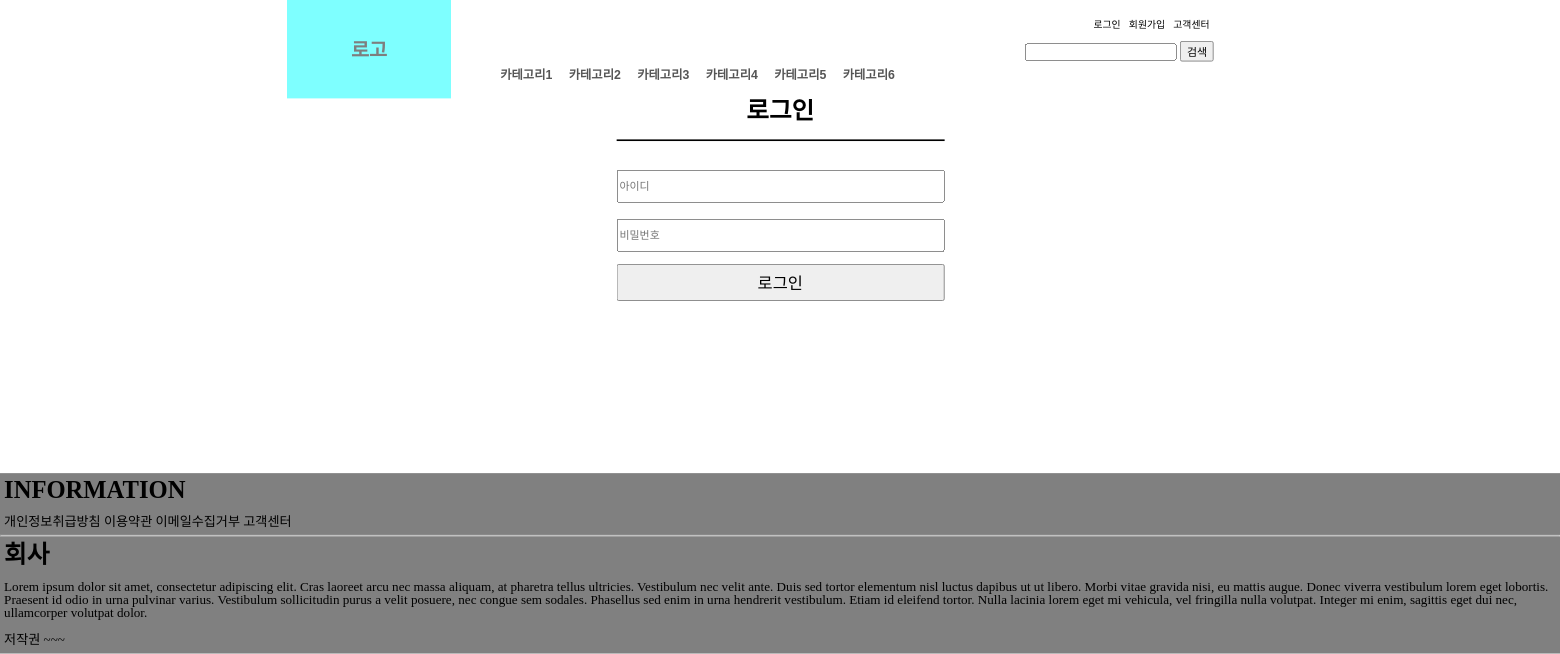
Repository: kosu0703/project
Page: http://localhost/Shop/WEB-INF/views/sign/login_page.jsp
An editor plug-in stored every save of this project. The page is shown before and after a run of saves, followed by the edit.
The browser window is 1280 px wide. The page is 1903 px wide, so the pictures cover 1903 px, including what lies to the right of the window. The pictures show the whole page, at 82% of full size.
Some web libraries are served in a nearby version. The page is served by Tomcat 9. Nobody is signed in. Other server files are loaded and not shown. The template is opened directly, without the code that normally fills it, so the values that code supplies are empty.

Above is the page before, as saved 2024-04-03 10:03:30.

### Shop/Shop/src/main/webapp/WEB-INF/views/sign/login_page.jsp
<%@ page language="java" contentType="text/html; charset=UTF-8"
	pageEncoding="UTF-8"%>
<%@ taglib uri="http://java.sun.com/jsp/jstl/core" prefix="c"%>
<!DOCTYPE html>
<html lang="en">
<head>
<meta charset="UTF-8">
<meta name="viewport" content="width=device-width, initial-scale=1.0">
<title>로그인</title>
<link href="<c:url value="/resources/css/common.css"/>" rel='stylesheet' />
<link href="<c:url value="/resources/css/login_page.css"/>"
	rel='stylesheet' />

<script type="text/javascript">
	function login_go(f) {
		f.action = "";
		f.submit();
	}
</script>
</head>
<body>
	<%@ include file="../common/header.jsp"%>

	<!-- =========================================================== -->

	<section>
		<div id="login_wrap">
			<form action="" method="post">
				<h1>로그인</h1>
				<ul>
					<li><input type="text" name="u_id" placeholder="아이디" required></li>
					<li><input type="password" name="u_pwd" placeholder="비밀번호"
						required></li>
					<li><input type="button" class="but_login" value="로그인"
						onclick="login_go(this.form)"></li>
				</ul>

			</form>
		</div>

		<!-- =========================================================== -->


		<%@ include file="../common/footer.jsp"%>
</body>
</html>

### Shop/Shop/src/main/webapp/WEB-INF/views/common/header.jsp
<!-- <%@ page language="java" contentType="text/html; charset=UTF-8"
pageEncoding="UTF-8"%>
<%@ taglib uri="http://java.sun.com/jsp/jstl/core"
prefix="c" %> -->
<!DOCTYPE html>
<html>
  <head>
    <meta charset="UTF-8" />
    <meta name="viewport" content="width=device-width, initial-scale=1.0" />
    <script src="https://kit.fontawesome.com/d3367b6d2f.js"></script>
    <title>헤더</title>
  </head>
  <body>
    <header>
      <div class="inner">
        <div class="logo">
          <h1><a href="#">로고</a></h1>
        </div>
        <!-- 로그아웃 유틸 -->
        <div class="util logout_util">
          <ul class="info">
            <li><a href="login_page.do">로그인</a></li>
            <li><a href="signup_page.do">회원가입</a></li>
            <li><a href="board_page.do?u_id="${userVO.u_id }>고객센터</a></li>
          </ul>
        </div>
        <form action="#" class="h_search_form" method="post">
          <input type="text" name="search" id="search" />
          <input type="submit" value="검색" />
        </form>
        <!-- 로그인 유틸 -->
        <div class="util login_util">
          <ul class="info">
            <li>이름</li>
            <li>보유 포인트 :</li>
            <li><a href="logout.do">로그아웃</a></li>
            <li><a href="mypage_page.do?u_id="${userVO.u_id }>마이페이지</a></li>
            <li><a href="basket_page.do?u_id="${userVO.u_id }>장바구니</a></li>
            <li><a href="community_page.do?u_id="${userVO.u_id }>고객센터</a></li>
          </ul>
        </div>

        <div class="gnb_wrappr">
          <ul class="gnb">
            <li class="category">
              <a href="category_page.do?p_category=001">카테고리1</a>
            </li>
            <li class="category">
              <a href="category_page.do?p_category=002">카테고리2</a>
            </li>
            <li class="category">
              <a href="category_page.do?p_category=003">카테고리3</a>
            </li>
            <li class="category">
              <a href="category_page.do?p_category=004">카테고리4</a>
            </li>
            <li class="category">
              <a href="category_page.do?p_category=005">카테고리5</a>
            </li>
            <li class="category">
              <a href="category_page.do?p_category=006">카테고리6</a>
            </li>
          </ul>
        </div>
      </div>

    </header>
  </body>
</html>

### Shop/Shop/src/main/webapp/WEB-INF/views/common/footer.jsp
<!-- <%@ page language="java" contentType="text/html; charset=UTF-8"
pageEncoding="UTF-8"%>
<%@ taglib uri="http://java.sun.com/jsp/jstl/core"
prefix="c" %> -->
<!DOCTYPE html>
<html>
  <head>
    <meta charset="UTF-8" />
    <meta name="viewport" content="width=device-width, initial-scale=1.0" />
    <script src="https://kit.fontawesome.com/d3367b6d2f.js"></script>
    <title>footer</title>
  </head>
  <body>
      <footer>
        <div class="footer_info">
          <h1>INFORMATION</h1>
          <br />
          <a href="#">개인정보취급방침</a>
          <a href="#">이용약관</a>
          <a href="#">이메일수집거부</a>
          <a href="#">고객센터</a>
        </div>
        <hr />
        <div class="footer_cominfo">
          <h1>회사</h1>
          <br />
          <p>
            Lorem ipsum dolor sit amet, consectetur adipiscing elit. Cras
            laoreet arcu nec massa aliquam, at pharetra tellus ultricies.
            Vestibulum nec velit ante. Duis sed tortor elementum nisl luctus
            dapibus ut ut libero. Morbi vitae gravida nisi, eu mattis augue.
            Donec viverra vestibulum lorem eget lobortis. Praesent id odio in
            urna pulvinar varius. Vestibulum sollicitudin purus a velit posuere,
            nec congue sem sodales. Phasellus sed enim in urna hendrerit
            vestibulum. Etiam id eleifend tortor. Nulla lacinia lorem eget mi
            vehicula, vel fringilla nulla volutpat. Integer mi enim, sagittis
            eget dui nec, ullamcorper volutpat dolor.
          </p>
          <br />
          <p>저작권 ~~~</p>
        </div>
      </footer>
    </section>
  </body>
</html>

### Shop/Shop/src/main/webapp/resources/css/common.css
/* 초기화용 reset.css */
@import "./reset.css";
/* 바디 화면 전체 크기 잡아줌*/
body {
  position: relative;
  min-width: 1903px;
  min-height: calc(100vh - 120px);
}

a {
  text-decoration: none;
  color: black;
}
/* 헤더를 맨위에서 따라다니게 */
header {
  position: fixed;
  top: 0px;
  width: 100%;
  min-width: 1903px;
  background-color: white;
  z-index: 999;
}

/* 헤더 내에서 로고, 유틸, 카테고리 배치용 */
header .inner {
  width: 1180px;
  height: 120px;
  /*자식 absolute 요소의 기준점 설정*/
  position: relative;
  left: 300px;
}
/* 로그인 */
header .inner .logout_util {
  /* display: none; */
}
/* 로그아웃 */
header .inner .login_util {
  display: none;
}
/* 로고 */
header .inner .logo {
  position: absolute;
  left: 50px;
  width: 200px;
  height: 100%;
  background-color: aqua;
  opacity: 0.5;
  text-align: center;
}

header .inner .logo > h1 {
  margin: 50px;
  font-weight: bold;
  font-size: 24px;
  font-family: "arial";
}

/* 헤더 우상단 유틸 */
header .inner .util {
  position: absolute;
  top: 20px;
  right: 0px;
}

header .inner .util ul > li {
  margin: 0px 5px;
}

header .inner .h_search_form {
  position: absolute;
  top: 50px;
  right: 0px;
}

header .inner .util .info > li {
  float: left;
}

header .inner .util .search > li {
  float: right;
}

header .inner .util li > a {
  font: 12px "arial";
}

/* 헤더 카테고리 */
header .inner .gnb_wrapper {
  width: 100%;
  height: inherit;
  position: relative;
  display: flex;
  justify-content: center;
}

header .inner .gnb {
  position: absolute;
  bottom: 0px;
  left: 300px;
}

header .inner .gnb .category {
  float: left;
  display: block;
  border-left: none;
}

/* header .inner .gnb .category:nth-of-type(1) {
  border: 1px solid black;
} */

header .inner .gnb .category_detail {
  width: 400px;
  height: 300px;
  display: none;
}

header .inner .gnb .category > a {
  /* 인라인 요소를 block으로 바꿔서 크기 설정 */
  display: block;
  font: bold 15px "arial";
  color: #555;
  padding: 20px 10px;
  text-align: left;
  /* 애니메이션 효과  */
  transition: all 0.5s;
}

header .inner .gnb .category > a:hover {
  background: #555;
  color: #fff;
}

section {
  width: 100%;
  min-height: calc(100vh - 120px);
  padding-top: 120px;
  padding-bottom: 220px;
 }


footer {
  width: 100%;
  height: 220px;
  position: absolute;
  bottom: 0;
  z-index: 10;
  background-color: gray;
}

footer > div {
  margin: 5px;
}

footer > div > h1 {
  font-size: 30px;
  color: black;
  font-weight: bold;
}

### Shop/Shop/src/main/webapp/resources/css/login_page.css
#login_wrap {
	width: 400px;
	/* position: absolute; left: 50%; top: 50%;
    transform: translate(-50%, -50%); */
	margin: 0 auto;
	margin-bottom: 200px;
}

#login_wrap>form>h1 {
	font-size: 30px;
	font-weight: bold;
	text-align: center;
	border-bottom: 2px solid black;
	padding-bottom: 20px;
	margin-bottom: 30px;
}

#login_wrap>ul {
	list-style: none;
	padding: 0px;
}

#login_wrap>form>ul li {
	padding: 0px 0px 10px;
	margin-bottom: 5px;
}

#login_wrap>form input[type="text"], input[type="password"] {
	width: 100%;
	height: 40px;
	margin-top: 5px;
}

#login_wrap>form input[type="button"] {
	width: 100%;
	height: 45px;
	font-size: 20px;
}

.a_link {
	text-align: right;
	font-size: 15px;
}

.a_sign {
	margin-right: 153px;
}

Loaded but not shown: Shop/Shop/src/main/webapp/resources/css/reset.css (common file)

After the next 2 saves:
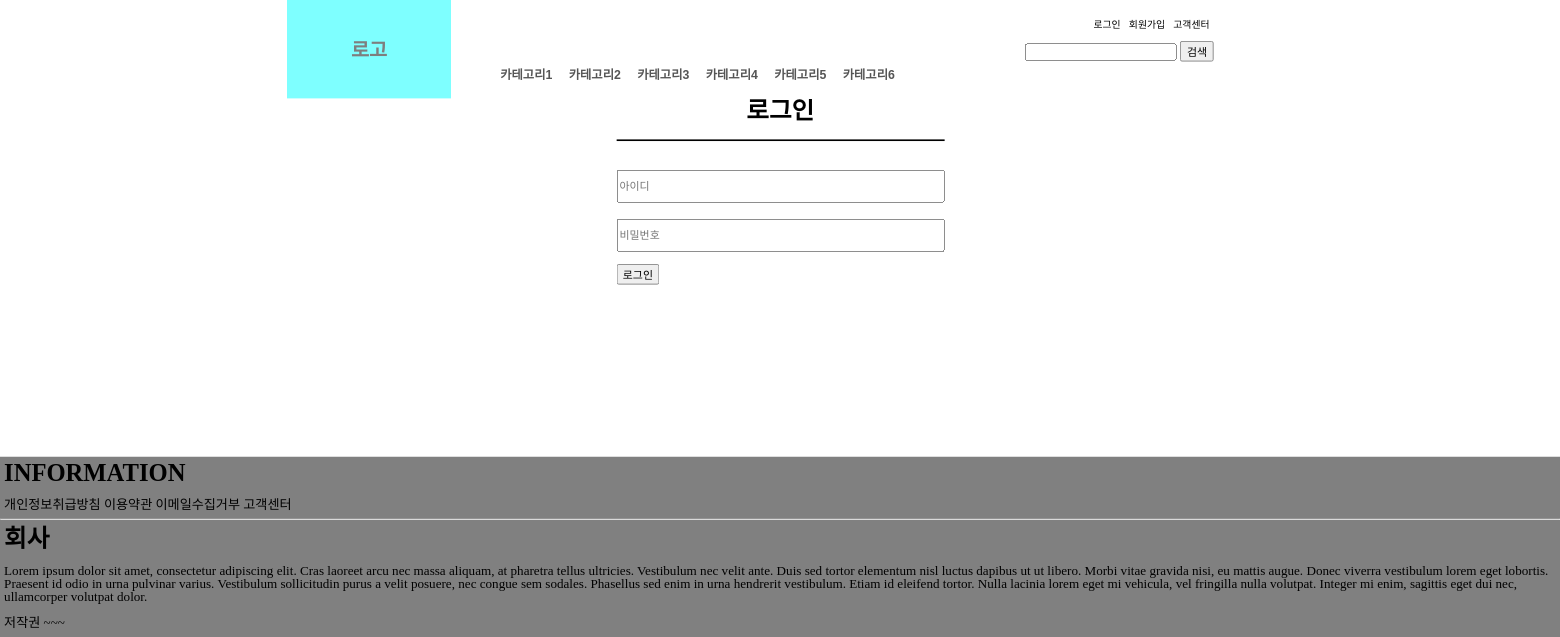
The 2 saves are shown as one change because they came seconds apart.
The last was saved 19 s later.
--- a/Shop/Shop/src/main/webapp/WEB-INF/views/sign/login_page.jsp
+++ b/Shop/Shop/src/main/webapp/WEB-INF/views/sign/login_page.jsp
@@ -11,12 +11,6 @@
 <link href="<c:url value="/resources/css/login_page.css"/>"
 	rel='stylesheet' />
 
-<script type="text/javascript">
-	function login_go(f) {
-		f.action = "";
-		f.submit();
-	}
-</script>
 </head>
 <body>
 	<%@ include file="../common/header.jsp"%>
@@ -31,7 +25,7 @@
 					<li><input type="text" name="u_id" placeholder="아이디" required></li>
 					<li><input type="password" name="u_pwd" placeholder="비밀번호"
 						required></li>
-					<li><input type="button" class="but_login" value="로그인"
+					<li><input type="submit" class="but_login" value="로그인"
 						onclick="login_go(this.form)"></li>
 				</ul>
 
